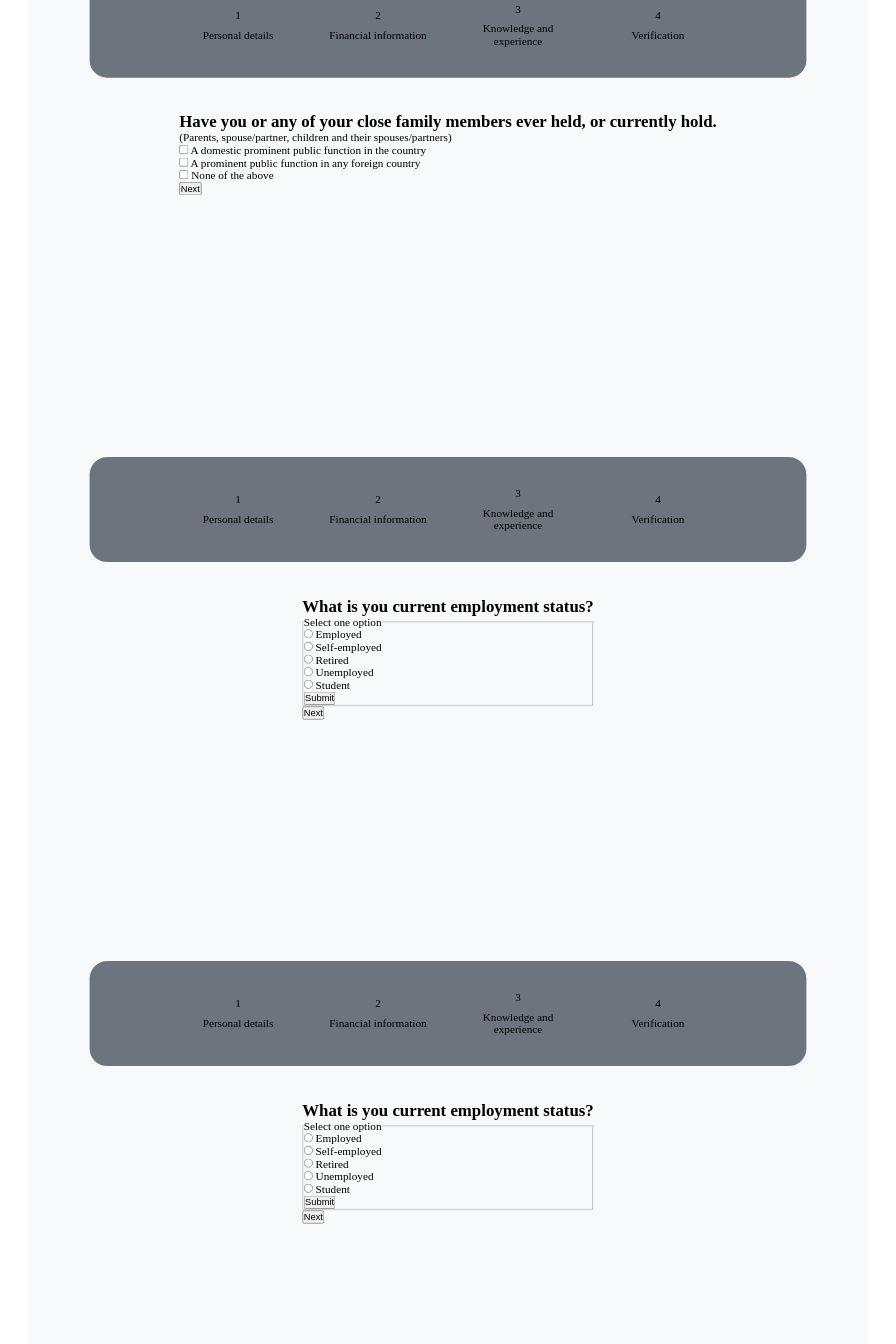
Repository: Jacques-Jaki-Morkel/vaultmarkets_SignupFlow
Page: index.HTML
These files come from the project's save history. The page is drawn as it stood at one moment and after the next save; the edit follows.
The browser window is 1280 px wide. The pictures show the part of the page from y = 2400 to 4320 px (the page is 4320 px tall), at 70% of full size.

Above is the page before, as saved 2025-07-30 15:09:28.

### index.HTML
<!DOCTYPE html>
<html lang="en">

<head>
    <meta charset="UTF-8">
    <meta name="viewport" content="width=device-width, initial-scale=1.0">
    <title>Vault Markets - SignUP flow
    </title>
    <link rel="stylesheet" href="styles.css">
</head>

<body>
    <!-- Open account Section -  page 1  -->
    <section class="container-size openAccount-1">
        <div class="col-1">
            <h1>Open an account with Scope Markets</h1>
            <p>Join thousands of traders who trust Scope Markets for their trading needs.</p>
            <h2>Why trade with Scope Markets:</h2>
            <p>Here is why thousands of customers choose to trade with Scope Markets:</p>
            <ul>
                <li>Scope Invest account</li>
                <li>Competitive trading conditions</li>
                <li>Advanced trading platforms</li>
                <li>Fast and convenient transactions</li>
                <li>Excellent multilingual customer support</li>
                <li>Authorized and regulated by the FSCA</li>
            </ul>
        </div>

        <div class="col-2">
            <h2>Open an account</h2>
            <p>Already have an account? <a href="#">Login here</a></p>

            <form action="#" method="POST">
                <label for="email">E-mail</label>
                <input type="email" id="email" name="email" required>

                <label for="password">Password</label>
                <input type="password" id="password" name="password" required>

                <div>
                    <input type="checkbox" id="privacy" name="privacy" required>
                    <label for="privacy">I agree to the <a href="#">Privacy Policy</a>.</label>
                </div>

                <div>
                    <input type="checkbox" id="marketing" name="marketing">
                    <label for="marketing">I agree to receive marketing and promotional communications</label>
                </div>

                <button type="submit">Register</button>
            </form>
        </div>
    </section>

    <!-- Personal details Section -  page 1  -->
    <section class="container-size personal-2">
        <!-- Row 1: Progress Bar -->
        <div class="progress-bar-wrapper">
            <div class="progress-bar">
                <ol class="progress-steps">
                    <li>
                        <div>1</div>
                        <p>Personal details</p>
                    </li>
                    <li>
                        <div>2</div>
                        <p>Financial information</p>
                    </li>
                    <li>
                        <div>3</div>
                        <p>Knowledge and experience</p>
                    </li>
                    <li>
                        <div>4</div>
                        <p>Verification</p>
                    </li>
                </ol>
            </div>
        </div>

        <!-- Row 2: Form -->
        <div>
            <h2>Personal Details</h2>
            <p>Must match details on your ID / passport</p>

            <form action="#" method="POST">

                <!-- Title -->
                <div>
                    <label for="title">Title</label>
                    <select id="title" name="title" required>
                        <option value="">Select title</option>
                        <option value="mr">Mr</option>
                        <option value="mrs">Mrs</option>
                        <option value="ms">Ms</option>
                        <option value="dr">Dr</option>
                    </select>
                </div>

                <!-- Name -->
                <div>
                    <label for="first-name">First name</label>
                    <input type="text" id="first-name" name="first-name" required>

                    <label for="last-name">Last name</label>
                    <input type="text" id="last-name" name="last-name" required>
                </div>

                <!-- Date of Birth -->
                <div>
                    <label>Date of birth</label>
                    <select name="dob-day" required>
                        <option value="">Day</option>
                        <!-- Add 1–31 -->
                    </select>
                    <select name="dob-month" required>
                        <option value="">Month</option>
                        <!-- Add Jan–Dec -->
                    </select>
                    <select name="dob-year" required>
                        <option value="">Year</option>
                        <!-- Add dynamic years -->
                    </select>
                </div>

                <!-- Nationality -->
                <div>
                    <label for="nationality">Nationality</label>
                    <select id="nationality" name="nationality" required>
                        <option value="za" selected>South Africa</option>
                        <!-- Add more options -->
                    </select>
                </div>

                <!-- Phone -->
                <div>
                    <label for="phone">Phone</label>
                    <div>
                        <select name="country-code" required>
                            <option value="+27">+27</option>
                            <!-- Add other country codes if needed -->
                        </select>
                        <input type="tel" id="phone" name="phone" required>
                    </div>
                </div>

                <button type="submit">Next</button>
            </form>
    </section>
    <!-- End of Personal details Section - page 1 -->


    <!-- Personal details Section - page 2 continued -->
    <section class="container-size personal-2">
        <!-- Row 1: Progress Bar -->
        <div class="progress-bar-wrapper">
            <div class="progress-bar">
                <ol class="progress-steps">
                    <li>
                        <div>1</div>
                        <p>Personal details</p>
                    </li>
                    <li>
                        <div>2</div>
                        <p>Financial information</p>
                    </li>
                    <li>
                        <div>3</div>
                        <p>Knowledge and experience</p>
                    </li>
                    <li>
                        <div>4</div>
                        <p>Verification</p>
                    </li>
                </ol>
            </div>
        </div>

        <!-- Row 2: Form -->
        <div>
            <h2>Personal Details</h2>
            <p>Must match details on your ID / passport</p>

            <form action="#" method="POST">

                <!-- Residence Country -->
                <div>
                    <label for="residence-country">Residence country</label>
                    <select id="residence-country" name="residence-country" required>
                        <option value="za" selected>South Africa</option>
                        <!-- Add more countries as needed -->
                    </select>
                </div>

                <!-- FATCA Declaration -->
                <div>
                    <input type="checkbox" id="fatca" name="fatca" required>
                    <label for="fatca">I am not a citizen or resident of the United States of America for tax
                        purposes.</label>
                </div>

                <!-- Terms and Conditions Agreement -->
                <div>
                    <input type="checkbox" id="terms" name="terms" required>
                    <label for="terms">
                        I agree to the
                        <a href="#">Terms & Conditions</a>,
                        <a href="#">Complaints Dispute Policy</a>,
                        <a href="#">FAIS Disclosure</a> and
                        <a href="#">Risk Disclosure</a>.
                    </label>
                </div>

                <button type="submit">Next</button>
            </form>
    </section>
    <!-- End of Personal details Section - page 2 -->


    <!-- Personal details Section - page 3 continued -->
    <section class="container-size personal-2">
        <!-- Row 1: Progress Bar -->
        <div class="progress-bar-wrapper">
            <div class="progress-bar">
                <ol class="progress-steps">
                    <li>
                        <div>1</div>
                        <p>Personal details</p>
                    </li>
                    <li>
                        <div>2</div>
                        <p>Financial information</p>
                    </li>
                    <li>
                        <div>3</div>
                        <p>Knowledge and experience</p>
                    </li>
                    <li>
                        <div>4</div>
                        <p>Verification</p>
                    </li>
                </ol>
            </div>
        </div>

        <!-- Row 2: Form -->
        <div>
            <h2>Have you or any of your close family members ever held, or currently hold.</h2>


            <form action="#" method="POST">

                <!-- Residence Country -->
                <div>
                    <p>(Parents, spouse/partner, children and their spouses/partners)</p>
                </div>

                <!-- country Declaration -->
                <div>
                    <input type="checkbox" id="domestic" name="domestic" required>
                    <label for="domestic">A domestic prominent public function in the
                        country</label>
                </div>

                <!-- foreign country declaration -->
                <div>
                    <input type="checkbox" id="foreign" name="foreign" required>
                    <label for="foreign">A prominent public function in any foreign
                        country</label>
                </div>

                <!-- none country declaration -->
                <div>
                    <input type="checkbox" id="none" name="none" required>
                    <label for="none">None of the above</label>
                </div>

                <button type="submit">Next</button>
            </form>
    </section>
    <!-- End of Personal details Section - page 3 -->


    <!-- Financial information Section - page 1 -->
    <section class="container-size personal-2">
        <!-- Row 1: Progress Bar -->
        <div class="progress-bar-wrapper">
            <div class="progress-bar">
                <ol class="progress-steps">
                    <li>
                        <div>1</div>
                        <p>Personal details</p>
                    </li>
                    <li>
                        <div>2</div>
                        <p>Financial information</p>
                    </li>
                    <li>
                        <div>3</div>
                        <p>Knowledge and experience</p>
                    </li>
                    <li>
                        <div>4</div>
                        <p>Verification</p>
                    </li>
                </ol>
            </div>
        </div>

        <!-- Row 2: Form -->
        <div>
            <h2>What is you current employment status?</h2>


            <form action="#" method="POST">

                <!-- Select 1 option -->
                  <fieldset>
      <legend>Select one option</legend>

      <div>
        <input type="radio" id="option1" name="selection" value="option1" required>
        <label for="option1">Employed</label>
      </div>

      <div>
        <input type="radio" id="option2" name="selection" value="option2">
        <label for="option2">Self-employed</label>
      </div>

      <div>
        <input type="radio" id="option3" name="selection" value="option3">
        <label for="option3">Retired</label>
      </div>

      <div>
        <input type="radio" id="option4" name="selection" value="option4">
        <label for="option4">Unemployed</label>
      </div>

      <div>
        <input type="radio" id="option5" name="selection" value="option5">
        <label for="option5">Student</label>
      </div>

      <button type="submit">Submit</button>
    </fieldset>
                <button type="submit">Next</button>
            </form>
    </section>
    <!-- End of Financial information Section - page 1 -->

    <!-- Financial information Section - page 2 continued -->
    <section class="container-size personal-2">
        <!-- Row 1: Progress Bar -->
        <div class="progress-bar-wrapper">
            <div class="progress-bar">
                <ol class="progress-steps">
                    <li>
                        <div>1</div>
                        <p>Personal details</p>
                    </li>
                    <li>
                        <div>2</div>
                        <p>Financial information</p>
                    </li>
                    <li>
                        <div>3</div>
                        <p>Knowledge and experience</p>
                    </li>
                    <li>
                        <div>4</div>
                        <p>Verification</p>
                    </li>
                </ol>
            </div>
        </div>

        <!-- Row 2: Form -->
        <div>
            <h2>What is you current employment status?</h2>


            <form action="#" method="POST">

                <!-- Select 1 option -->
                  <fieldset>
      <legend>Select one option</legend>

      <div>
        <input type="radio" id="option1" name="selection" value="option1" required>
        <label for="option1">Employed</label>
      </div>

      <div>
        <input type="radio" id="option2" name="selection" value="option2">
        <label for="option2">Self-employed</label>
      </div>

      <div>
        <input type="radio" id="option3" name="selection" value="option3">
        <label for="option3">Retired</label>
      </div>

      <div>
        <input type="radio" id="option4" name="selection" value="option4">
        <label for="option4">Unemployed</label>
      </div>

      <div>
        <input type="radio" id="option5" name="selection" value="option5">
        <label for="option5">Student</label>
      </div>

      <button type="submit">Submit</button>
    </fieldset>
                <button type="submit">Next</button>
            </form>
    </section>
    <!-- End of Financial information Section - page 2 -->

    <script src="script.js"></script>
</body>

</html>

### styles.css
/* Reset and Base Styles */
* {
    margin: 0;
    padding: 0;
    box-sizing: border-box;
}

:root {
    --primary-color: #c89006;
    --secondary-color: #6c757d;
    --background-color: #f8f9fa;
    --text-color: #292929;
    --link-color: #007bff;
}

.container-size {
    max-width: 1200px;
    margin: 0 auto;
    padding: 0 20px;
}

/* start of sigh up flow styling here */

/* page #1 in sign up flow */
.openAccount-1

/* Signup open account start */
    {
    display: flex;
    flex-direction: row;
    align-items: center;
    justify-content: center;
    height: 100vh;
    background-color: var(--background-color);
}

/* Signup open account end */

/* Progress bar styling here */
.progress-bar-wrapper

/* progress bar */
    {
    margin-bottom: 50px;
}

.progress-bar {
    display: flex;
    flex-direction: row;
    align-items: center;
    justify-content: center;
    width: 80vw;
    height: 150px;
    background-color: var(--secondary-color);
    border-radius: 25px;

}

.progress-steps {
    gap: 50px;
    display: flex;
    justify-content: flex-start;
    flex-direction: row;
    align-items: center;
}

.progress-steps li {
    width: 150px;
    gap: 10px;
    display: flex;
    flex-direction: column;
    align-items: center;
}

.progress-steps li p {
    text-align: center;
}

/* page #2 in sign up flow */
.personal-2

/* Signup personal details */
    {
    display: flex;
    flex-direction: column;
    align-items: center;
    justify-content: center;
    height: 100vh;
    background-color: var(--background-color);
}

Loaded but not shown: script.js (no stored copy; drawn as an empty file)

After the next save:
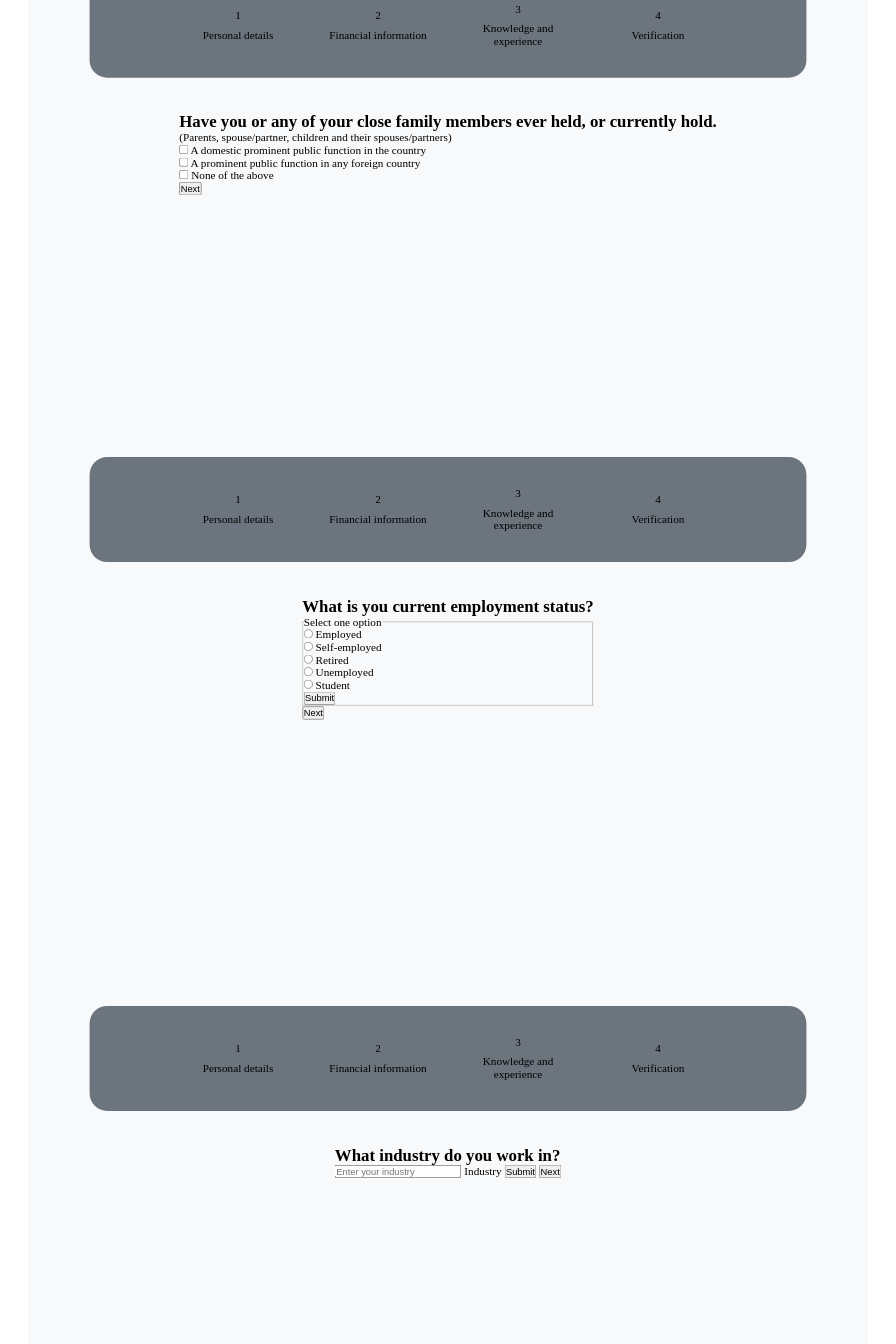
Saved 6 min 49 s later.
--- a/index.HTML
+++ b/index.HTML
@@ -379,39 +379,14 @@
 
         <!-- Row 2: Form -->
         <div>
-            <h2>What is you current employment status?</h2>
-
+            <h2>What industry do you work in?</h2>
 
             <form action="#" method="POST">
 
                 <!-- Select 1 option -->
-                  <fieldset>
-      <legend>Select one option</legend>
-
-      <div>
-        <input type="radio" id="option1" name="selection" value="option1" required>
-        <label for="option1">Employed</label>
-      </div>
-
-      <div>
-        <input type="radio" id="option2" name="selection" value="option2">
-        <label for="option2">Self-employed</label>
-      </div>
-
-      <div>
-        <input type="radio" id="option3" name="selection" value="option3">
-        <label for="option3">Retired</label>
-      </div>
-
-      <div>
-        <input type="radio" id="option4" name="selection" value="option4">
-        <label for="option4">Unemployed</label>
-      </div>
-
-      <div>
-        <input type="radio" id="option5" name="selection" value="option5">
-        <label for="option5">Student</label>
-      </div>
+            <input type="text" id="industry" name="industry" placeholder="Enter your industry" required>
+            <label for="industry">Industry</label>
+
 
       <button type="submit">Submit</button>
     </fieldset>
